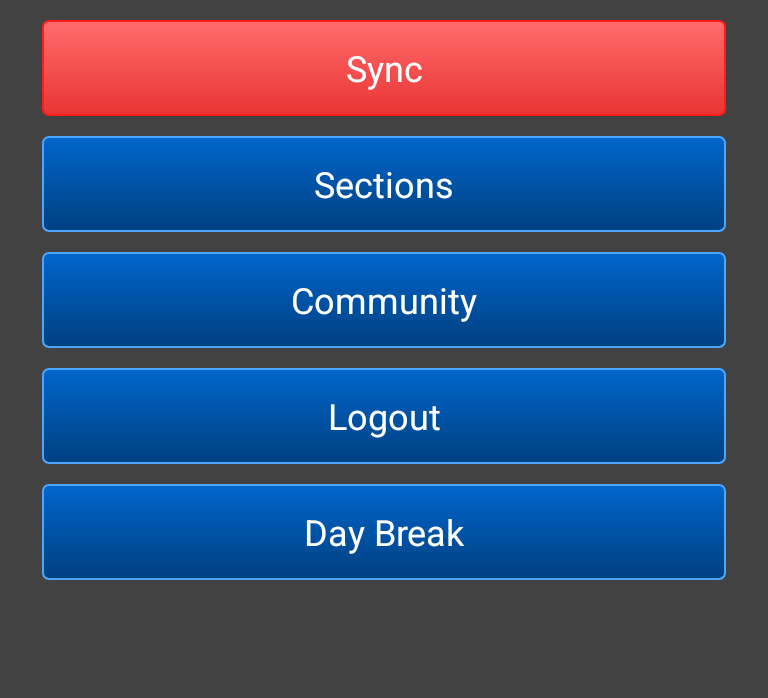
Repository: prabushitha/hydrosaver
Layout: hydrosaver/res/layout/activity_home.xml
The author's editor kept a copy of each file at every save. The layout is drawn from the files as they stood at one save, then again after the next save.
The pictures show rows 582 to 1280 of an output 1280 px tall.
It is drawn on a 768 x 1280 px phone screen (xhdpi) without system bars, with theme AppTheme; the app's code is not run.

Above is the layout before, as saved 2016-10-08 21:52:10.

### hydrosaver/res/layout/activity_home.xml
<RelativeLayout xmlns:android="http://schemas.android.com/apk/res/android"
    xmlns:tools="http://schemas.android.com/tools"
    android:layout_width="match_parent"
    android:layout_height="match_parent"
    android:paddingBottom="@dimen/activity_vertical_margin"
    android:paddingLeft="@dimen/activity_horizontal_margin"
    android:paddingRight="@dimen/activity_horizontal_margin"
    android:paddingTop="@dimen/activity_vertical_margin"
    tools:context="com.whileloop.hydrosaver.HomeActivity"
    android:background="#424242" >
	<ScrollView
        android:id="@+id/scrollView1"
        android:layout_width="fill_parent"
        android:layout_height="fill_parent"
        >
	    <TableLayout
		    android:layout_width="fill_parent"
		    android:layout_height="fill_parent"
		    android:stretchColumns="*">
		     <TableRow
	            android:id="@+id/tableRow2"
	            android:layout_width="wrap_content"
	            android:gravity="center"
	            android:layout_height="0dp"
	            android:layout_weight="5"
	            android:minHeight="550px" >

			    <com.github.mikephil.charting.charts.PieChart
					android:layout_width="match_parent"
					android:layout_height="match_parent"
					android:id="@+id/graphMainPie">

				</com.github.mikephil.charting.charts.PieChart>

	        </TableRow>

		     <TableRow
	            android:id="@+id/tableRow6"
	            android:layout_width="match_parent"
	            android:layout_height="0dp"
	            android:layout_weight="1"  >

	            <Button
	                android:id="@+id/btnsync"
	                android:layout_marginTop="20px"
	                android:layout_marginLeft="10px"
	                android:layout_marginRight="10px"
	                android:padding="10dp"
	                android:layout_width="fill_parent"
	                android:layout_height="match_parent"
	                android:background="@drawable/syncbutton"
	                android:text="Sync"
	                android:layout_weight="1"
	                android:textColor="#ffffff"
	                />
	        </TableRow>

	        <TableRow
	            android:id="@+id/tableRow4"
	            android:layout_width="match_parent"
	            android:layout_height="0dp"
	            android:layout_weight="1" >

	            <Button
	                android:id="@+id/btnsections"
	                android:layout_marginTop="20px"
	                android:layout_marginLeft="10px"
	                android:layout_marginRight="10px"
	                android:padding="10dp"
	                android:layout_width="fill_parent"
	                android:layout_height="match_parent"
	                android:background="@drawable/mybutton"
	                android:text="Sections"
	                android:layout_weight="1"
	                android:textColor="#ffffff"

	                />
	        </TableRow>

	        <TableRow
	            android:id="@+id/tableRow5"
	            android:layout_width="match_parent"
	            android:layout_height="0dp"
	            android:layout_weight="1"  >

	            <Button
	                android:id="@+id/btncommunity"
	                android:layout_marginTop="20px"
	                android:layout_marginLeft="10px"
	                android:layout_marginRight="10px"
	                android:padding="10dp"
	                android:layout_width="fill_parent"
	                android:layout_height="match_parent"
	                android:background="@drawable/mybutton"
	                android:text="Community"
	                android:layout_weight="1"
	                android:textColor="#ffffff"
	                />
	        </TableRow>


		    <TableRow
		        android:layout_width="match_parent"
	            android:layout_height="0dp"
	            android:layout_weight="1"
		        >
		        <!-- Login button -->

		        <Button
	                android:id="@+id/btnLogout"
	                android:layout_marginTop="20px"
	                android:layout_marginLeft="10px"
	                android:layout_marginRight="10px"
	                android:padding="10dp"
	                android:layout_width="fill_parent"
	                android:layout_height="match_parent"
	                android:background="@drawable/mybutton"
	                android:text="Logout"
	                android:layout_weight="1"
	                android:textColor="#ffffff"
	                />
		    </TableRow>

		    <TableRow
		        android:layout_width="match_parent"
	            android:layout_height="0dp"
	            android:layout_weight="1"
		        >
		        <!-- Login button -->

		        <Button
	                android:id="@+id/btnDayBreak"
	                android:layout_marginTop="20px"
	                android:layout_marginLeft="10px"
	                android:layout_marginRight="10px"
	                android:padding="10dp"
	                android:layout_width="fill_parent"
	                android:layout_height="match_parent"
	                android:background="@drawable/mybutton"
	                android:text="Day Break"
	                android:layout_weight="1"
	                android:textColor="#ffffff"
	                />
		        </TableRow>

		</TableLayout>
	</ScrollView>

</RelativeLayout>

### hydrosaver/res/drawable-mdpi/syncbutton.xml
<?xml version="1.0" encoding="utf-8"?>
<selector xmlns:android="http://schemas.android.com/apk/res/android" >
 <item android:state_pressed="true" >
     <shape android:shape="rectangle"  >
         <corners android:radius="3dip" />
         <stroke android:width="1dip" android:color="#ff1b1b" />
         <gradient android:angle="-90" android:startColor="#ea3434" android:endColor="#ff6c6c"  />
     </shape>
 </item>
<item android:state_focused="true">
     <shape android:shape="rectangle"  >
         <corners android:radius="3dip" />
         <stroke android:width="1dip" android:color="#ff6c6c" />
         <solid android:color="#ea3434"/>
     </shape>
 </item>
<item >
    <shape android:shape="rectangle"  >
         <corners android:radius="3dip" />
         <stroke android:width="1dip" android:color="#ff1b1b" />
         <gradient android:angle="-90" android:startColor="#ff6c6c" android:endColor="#ea3434" />
     </shape>
 </item>
</selector>

### hydrosaver/res/drawable-mdpi/mybutton.xml
<?xml version="1.0" encoding="utf-8"?>
<selector xmlns:android="http://schemas.android.com/apk/res/android" >
 <item android:state_pressed="true" >
     <shape android:shape="rectangle"  >
         <corners android:radius="3dip" />
         <stroke android:width="1dip" android:color="#4da6ff" />
         <gradient android:angle="-90" android:startColor="#0066cc" android:endColor="#004080"  />
     </shape>
 </item>
<item android:state_focused="true">
     <shape android:shape="rectangle"  >
         <corners android:radius="3dip" />
         <stroke android:width="1dip" android:color="#0066cc" />
         <solid android:color="#4da6ff"/>
     </shape>
 </item>
<item >
    <shape android:shape="rectangle"  >
         <corners android:radius="3dip" />
         <stroke android:width="1dip" android:color="#4da6ff" />
         <gradient android:angle="-90" android:startColor="#0066cc" android:endColor="#004080" />
     </shape>
 </item>
</selector>

Loaded but not shown: hydrosaver/res/values/styles.xml (common file); hydrosaver/res/values-v11/styles.xml (common file); hydrosaver/res/values-v14/styles.xml (common file); hydrosaver/res/values/dimens.xml (common file); hydrosaver/res/values-w820dp/dimens.xml (common file)

After the next save:
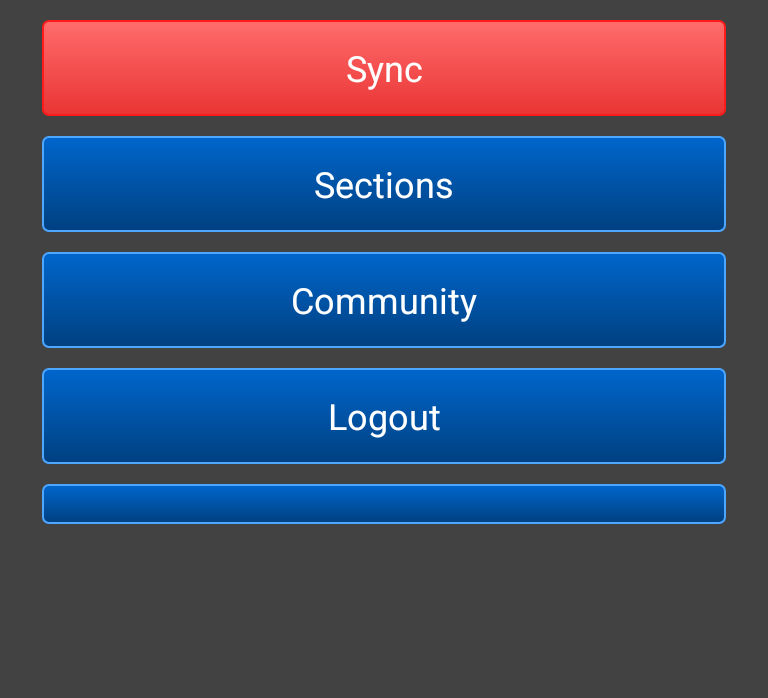
Saved 61 s later.
--- a/hydrosaver/res/layout/activity_home.xml
+++ b/hydrosaver/res/layout/activity_home.xml
@@ -104,7 +104,7 @@
 	            android:layout_height="0dp"
 	            android:layout_weight="1"
 		        >
-		        <!-- Login button -->
+
 
 		        <Button
 	                android:id="@+id/btnLogout"
@@ -126,9 +126,8 @@
 	            android:layout_height="0dp"
 	            android:layout_weight="1"
 		        >
-		        <!-- Login button -->
 
-		        <Button
+		        <ImageButton
 	                android:id="@+id/btnDayBreak"
 	                android:layout_marginTop="20px"
 	                android:layout_marginLeft="10px"
